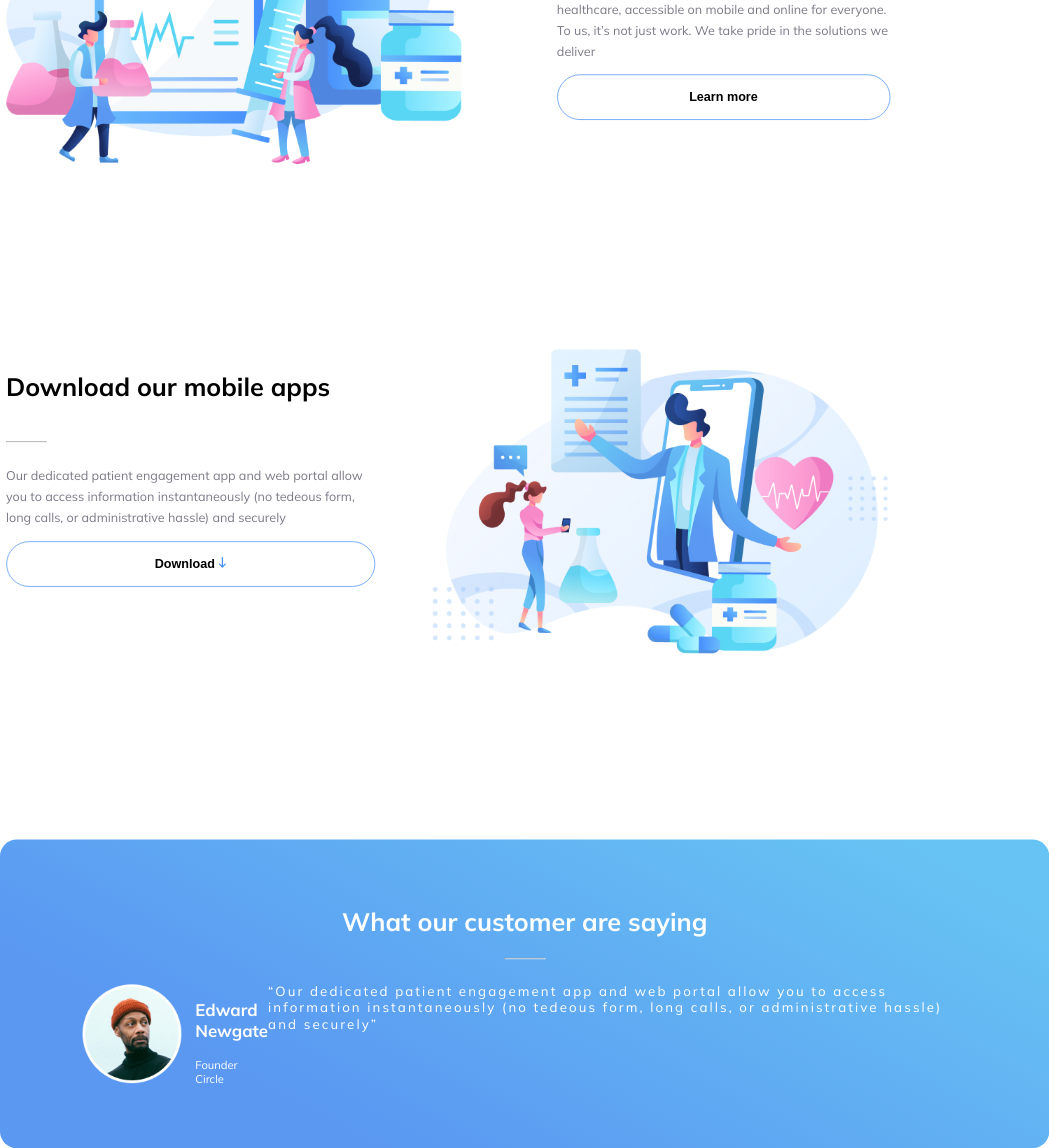
Repository: ivan-developer-01/trafalgar-layout
Page: index.html
The author's editor kept a copy of each file at every save. The page is drawn from the files as they stood at one save, then again after the next save.
The browser window is 1280 px wide. The page is 1499 px wide, so the pictures cover 1499 px, including what lies to the right of the window. The pictures show the part of the page from y = 2446 to 4086 px (the page is 4086 px tall), at 70% of full size.

Above is the page before, as saved 2024-11-08 15:36:15.

After the next save:
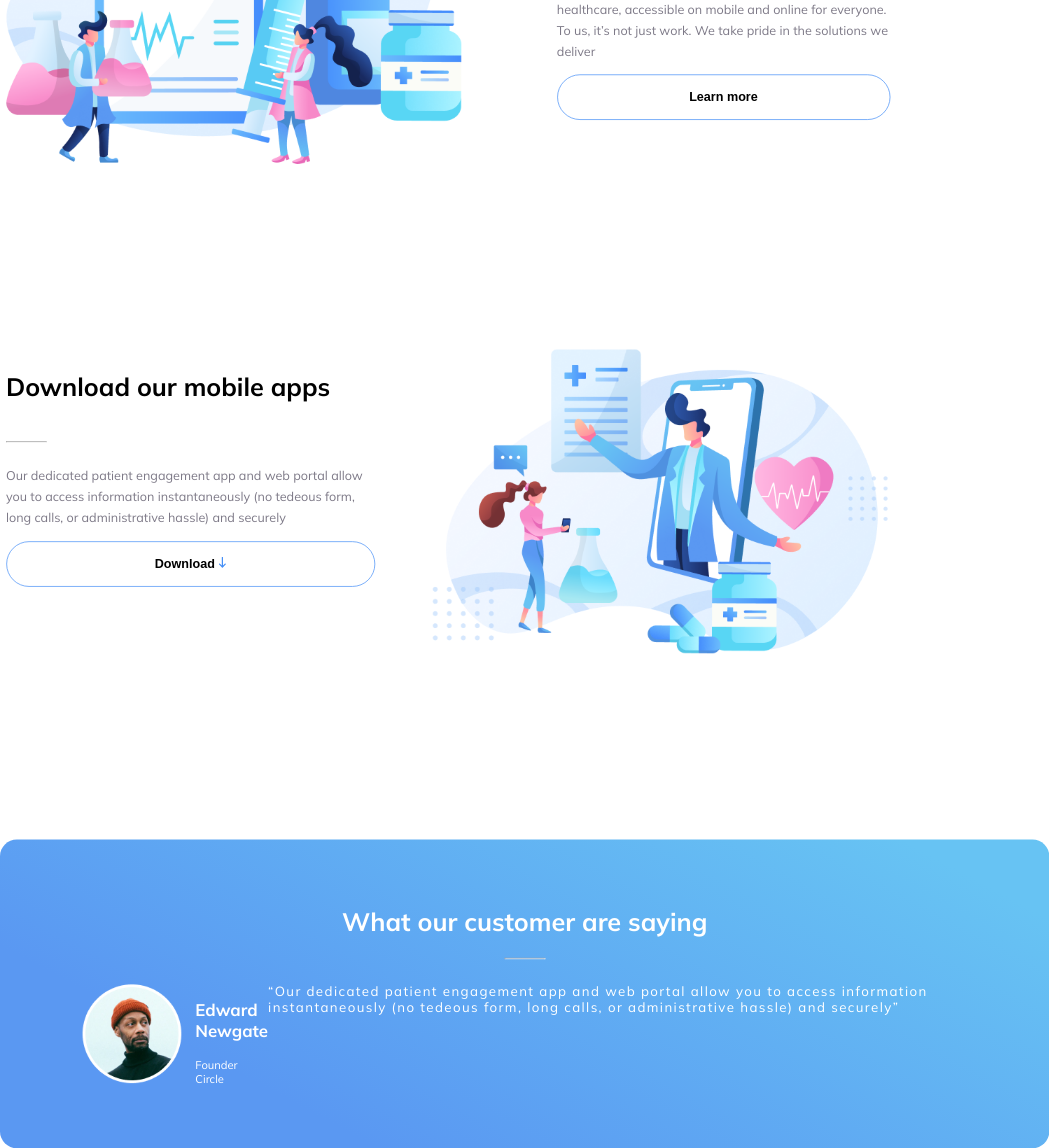
Saved 6 s later.
--- a/style.css
+++ b/style.css
@@ -268,6 +268,6 @@ p {
 .review-slider .review .review-text p {
 	color: white;
 	font-size: 19px;
-	letter-spacing: 3px;
+	letter-spacing: 2px;
 }
 /* /reviews */
